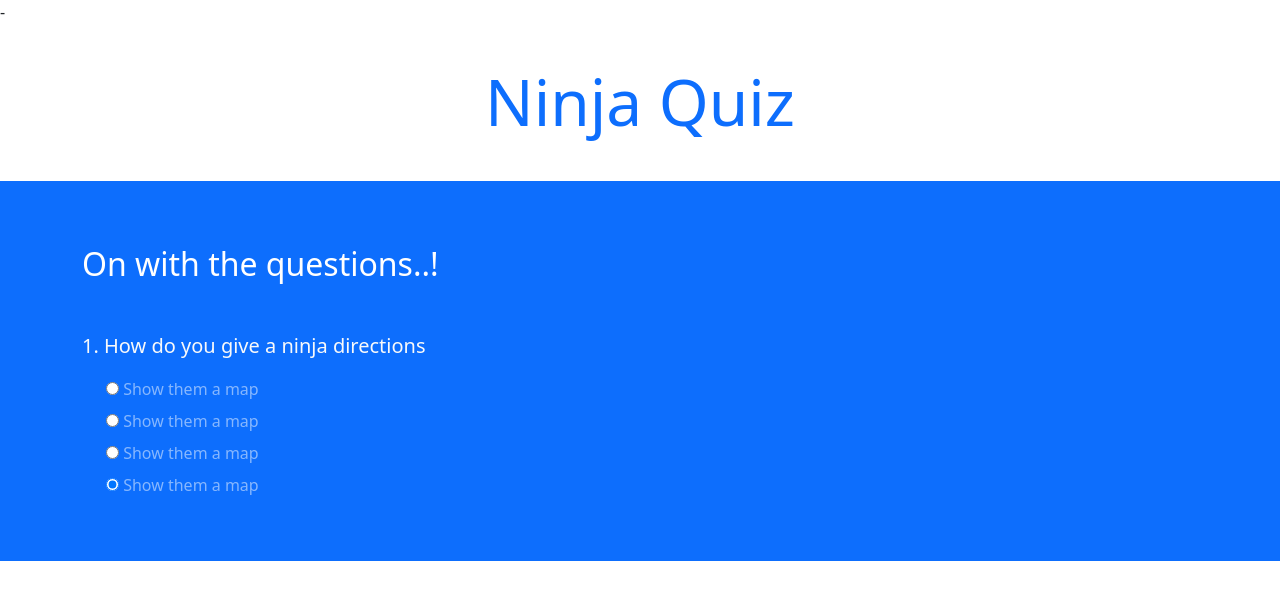
Repository: Programmer-RD-AI/Modern-JavaScript-Complete-guide-from-Novice-to-Ninja
Page: ninja_quiz/index.html
An editor plug-in stored every save of this project. The page is shown before and after a run of saves, followed by the edit.
The browser window is 1280 px wide. The pictures show the whole page.

Above is the page before, as saved 2023-12-26 15:27:27.

After the next 2 saves:
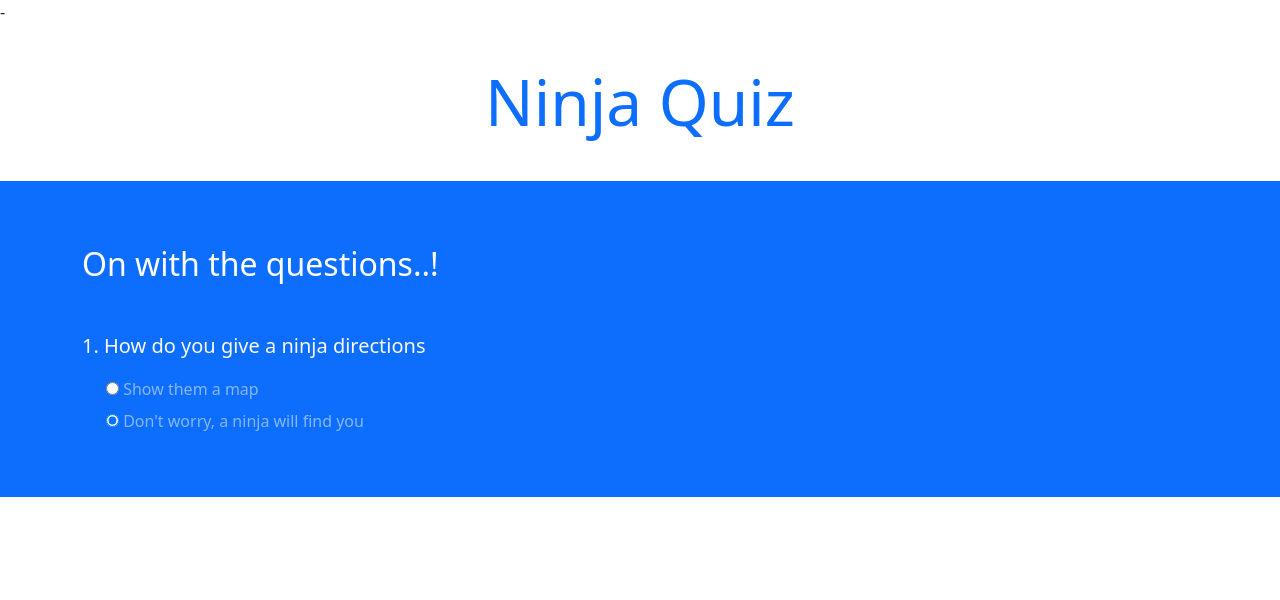
The 2 saves are shown as one change because they came seconds apart.
The last was saved 46 s later.
--- a/ninja_quiz/index.html
+++ b/ninja_quiz/index.html
@@ -34,15 +34,9 @@
             </div>
             <div class="form-check my-2 text-white-50">
               <input type="radio" name="q1" value="B" checked />
-              <label class="form-check-label">Show them a map</label>
-            </div>
-            <div class="form-check my-2 text-white-50">
-              <input type="radio" name="q1" value="B" checked />
-              <label class="form-check-label">Show them a map</label>
-            </div>
-            <div class="form-check my-2 text-white-50">
-              <input type="radio" name="q1" value="B" checked />
-              <label class="form-check-label">Show them a map</label>
+              <label class="form-check-label"
+                >Don't worry, a ninja will find you</label
+              >
             </div>
           </div>
         </form>
